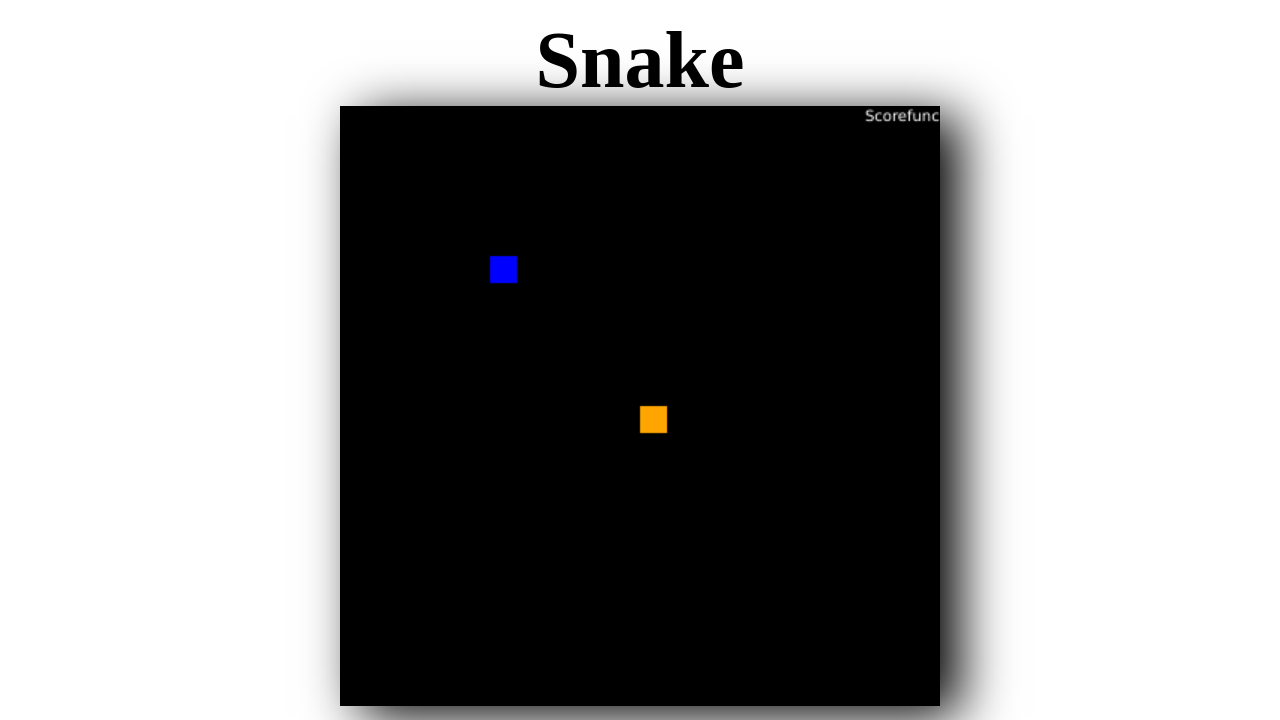
Repository: Ellisvelandia/snake
Page: index.html
These files come from the project's save history. The page is drawn as it stood at one moment and after the next save; the edit follows.
The browser window is 1280 px wide. The pictures show the whole page.

Above is the page before, as saved 2022-08-27 19:36:10.

### index.html
<!DOCTYPE html>
<html lang="en">
  <head>
    <meta charset="UTF-8" />
    <meta http-equiv="X-UA-Compatible" content="IE=edge" />
    <meta name="viewport" content="width=device-width, initial-scale=1.0" />
    <link rel="stylesheet" href="style.css" />
    <title>Snake</title>
  </head>
  <body>
    <h1>Snake</h1>

    <canvas id="game" width="400" height="400"></canvas>
    <script src="index.js"></script>
  </body>
</html>

### style.css
* {
  margin: 0;
  padding: 0;
  box-sizing: border-box;
}

body {
  margin: 0;
  padding: 0;
  display: flex;
  flex-direction: column;
  justify-content: center;
  align-items: center;
  max-width: 100%;
  height: 100vh;
}

h1 {
  font-size: 5rem;
}
canvas {
  width: 600px;
  height: 600px;
  box-shadow: #000 20px 10px 50px;
}

### index.js
const canvas = document.getElementById("game");
const ctx = canvas.getContext("2d");

class SnakePart {
  constructor(x, y) {
    this.x = x;
    this.y = y;
  }
}

let speed = 7;

let tileCount = 20;
let tileSize = canvas.width / tileCount - 2;
let headX = 10;
let headY = 10;
const snakeParts = [];
let tailLength = 2;

let appleX = 5;
let appleY = 5;

let xVelocity = 0;
let yVelocity = 0;

// game  loop

function drawGame() {
  clearScreen();
  changeSnakePosition();

  checkAppleCollision();
  drawApple();
  drawSnake();

  drawScore();

  setTimeout(drawGame, 1000 / speed);
}

function drawScore() {
  ctx.fillStyle = "#fff";
  ctx.font = "10px verdana";
  ctx.fillText("Score" + ScreenOrientation, canvas.width - 50, 10);
}

function clearScreen() {
  ctx.fillStyle = "#000";
  ctx.fillRect(0, 0, canvas.width, canvas.height);
}

function drawSnake() {
  ctx.fillStyle = "green";
  for (let i = 0; i < snakeParts.length; i++) {
    let part = snakeParts[i];
    ctx.fillRect(part.x * tileCount, part.y * tileCount, tileSize, tileSize);
  }

  snakeParts.push(new SnakePart(headX, headY));
  if (snakeParts.length > tailLength) {
    snakeParts.shift();
  }
  ctx.fillStyle = "#ffa500	";
  ctx.fillRect(headX * tileCount, headY * tileCount, tileSize, tileSize);
}

function changeSnakePosition() {
  headX = headX + xVelocity;
  headY = headY + yVelocity;
}

function drawApple() {
  ctx.fillStyle = "#0000FF";
  ctx.fillRect(appleX * tileCount, appleY * tileCount, tileSize, tileSize);
}

function checkAppleCollision() {
  if (appleX === headX && appleY == headY) {
    appleX = Math.floor(Math.random() * tileCount);
    appleY = Math.floor(Math.random() * tileCount);
    tailLenght++;
  }
}

document.body.addEventListener("keydown", keyDown);

function keyDown(event) {
  // up
  if (event.keyCode == 38) {
    if (yVelocity == 1) return;
    yVelocity = -1;
    xVelocity = 0;
  }

  // down
  if (event.keyCode == 40) {
    if (yVelocity == -1) return;
    xVelocity = 1;
    yVelocity = 0;
  }

  // left
  if (event.keyCode == 37) {
    if (xVelocity == 1) return;
    xVelocity = 0;
    yVelocity = -1;
  }

  // right
  if (event.keyCode == 39) {
    if (xVelocity == -1) return;
    xVelocity = 0;
    yVelocity = 1;
  }
}

drawGame();

After the next save:
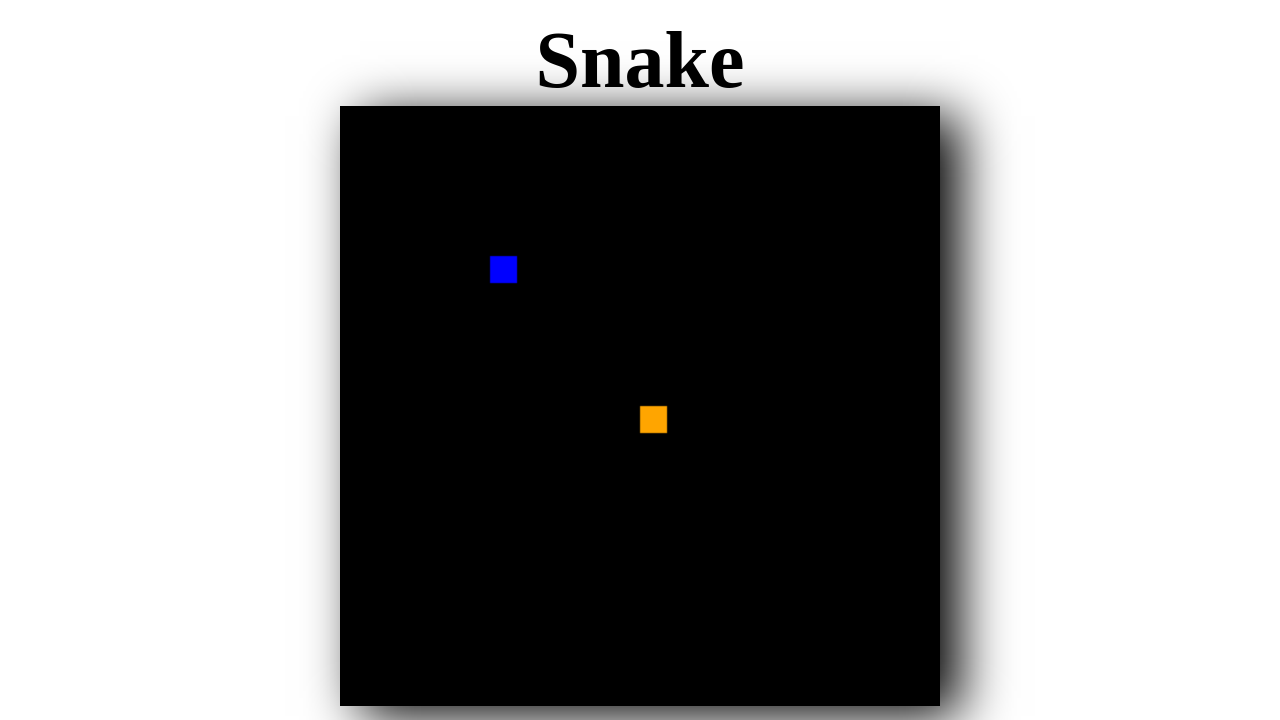
Console error: ReferenceError: score is not defined
Saved 14 s later.
--- a/index.js
+++ b/index.js
@@ -41,7 +41,7 @@
 function drawScore() {
   ctx.fillStyle = "#fff";
   ctx.font = "10px verdana";
-  ctx.fillText("Score" + ScreenOrientation, canvas.width - 50, 10);
+  ctx.fillText("Score" + score, canvas.width - 50, 10);
 }
 
 function clearScreen() {

After the 4 saves that followed:
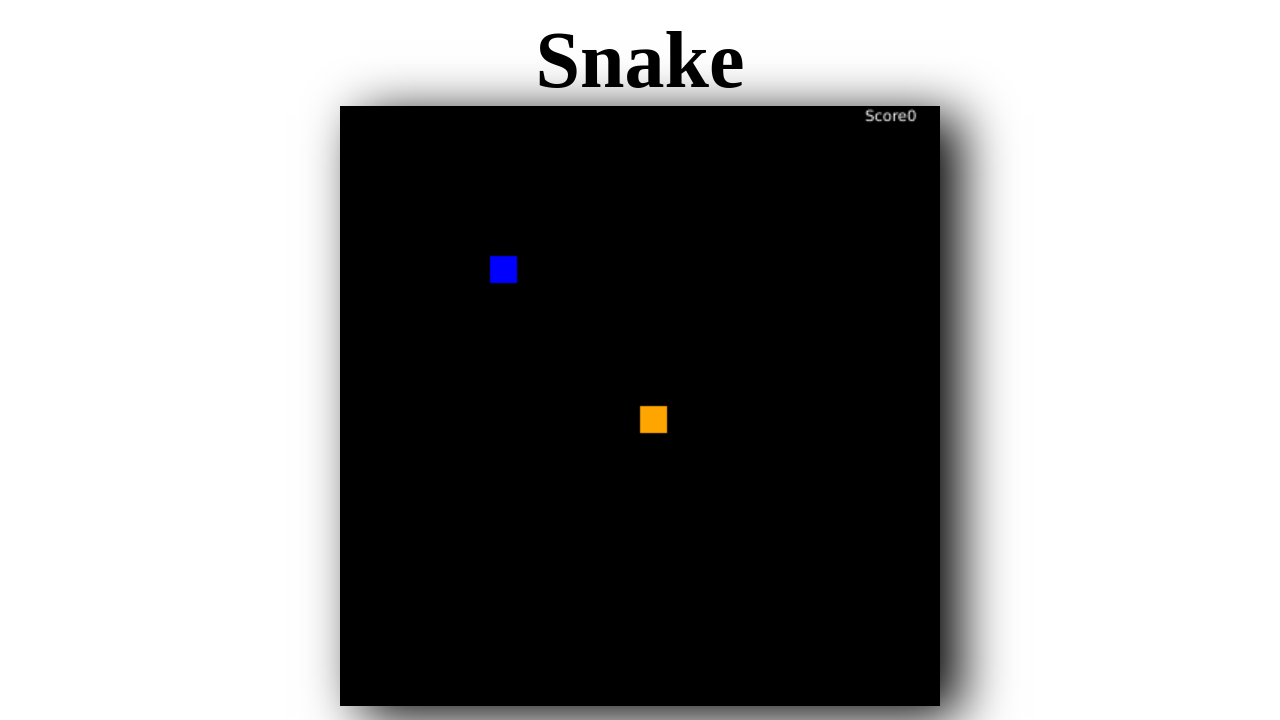
The error is gone.
The 4 saves are shown as one change because 1 left the picture as it was and some came seconds apart.
The last was saved 58 s later.
--- a/index.js
+++ b/index.js
@@ -23,6 +23,8 @@
 let xVelocity = 0;
 let yVelocity = 0;
 
+let score = 0;
+
 // game  loop
 
 function drawGame() {
@@ -41,7 +43,7 @@
 function drawScore() {
   ctx.fillStyle = "#fff";
   ctx.font = "10px verdana";
-  ctx.fillText("Score" + score, canvas.width - 50, 10);
+  ctx.fillText("Score" + score, canvas.width-50, 10);
 }
 
 function clearScreen() {
